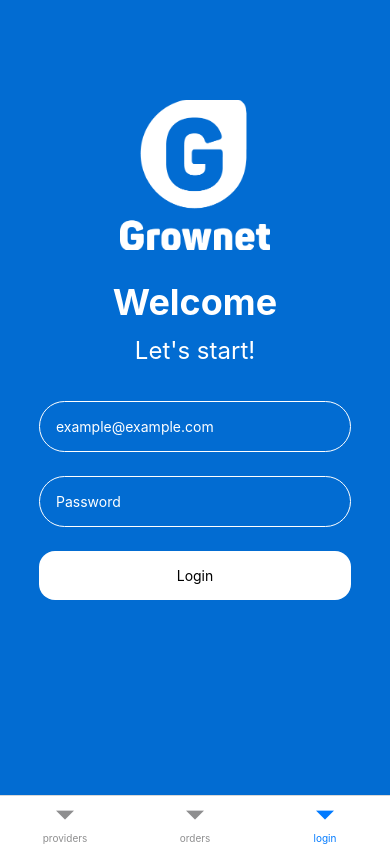
Repository: grownet-App/grownetAll
Screen: / (app in grownet-app/)
An editor plug-in stored every save of this project. The screen is shown before and after a run of saves, followed by the edit.
The app was drawn by React Native's web renderer in a window 390 px wide. The project was rebuilt for these pictures with package versions that can differ from the ones it lists, and the page was loaded fresh each time. Also part of the build but not shown: grownet-app/screens/orders.js, grownet-app/screens/providers.js.

Above is the screen before, as saved 2023-07-05 18:14:32.

After the next 2 saves:
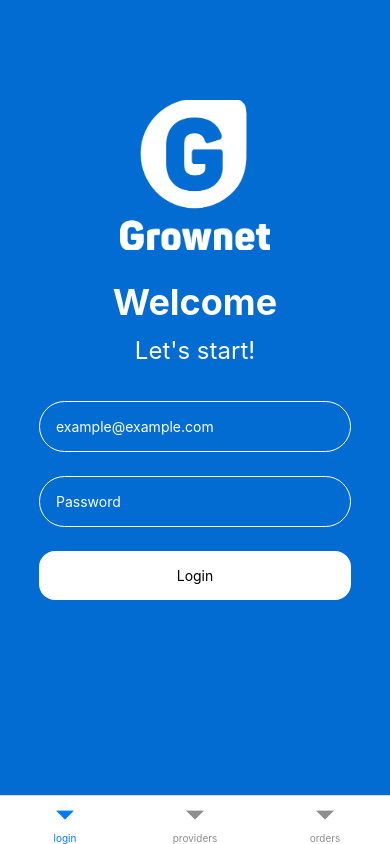
The 2 saves are shown as one change because they came seconds apart.
The last was saved 23 s later.
--- a/grownet-app/assets/navigation.js
+++ b/grownet-app/assets/navigation.js
@@ -10,8 +10,13 @@
 function MyTabs() {
     return (
         <Tab.Navigator
-        initialRouteName='login'
+            initialRouteName='login'
         >
+            <Tab.Screen name="login" component={loginPage}
+                options={{
+                    headerShown: false
+                }}
+            />
             <Tab.Screen
                 name="providers"
                 component={providers}
@@ -22,11 +27,6 @@
             <Tab.Screen
                 name="orders"
                 component={orders}
-                options={{
-                    headerShown: false
-                }}
-            />
-            <Tab.Screen name="login" component={loginPage}
                 options={{
                     headerShown: false
                 }}
